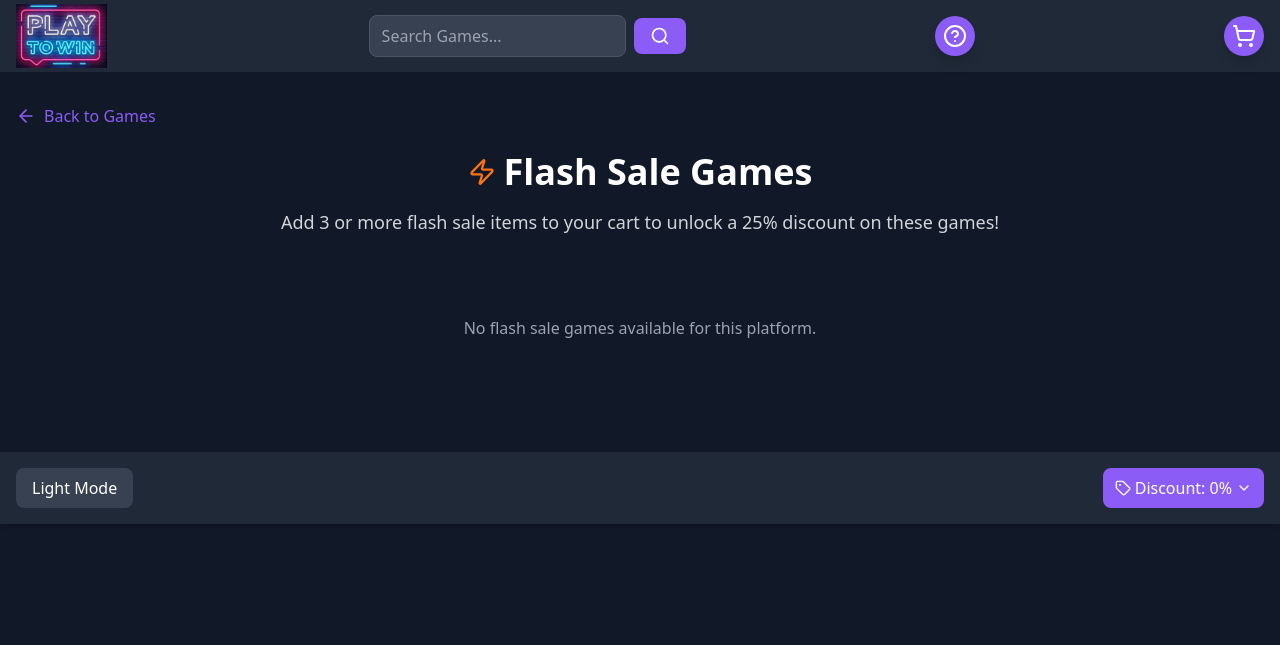
Repository: Play2Win777/P2W-Superbase
Page: /flash-sale
The author's editor kept a copy of each file at every save. The page is drawn from the files as they stood at one save, then again after the next save.
The browser window is 1280 px wide. The pictures show the whole page.
The page's requests for data from a server got no answer. The project was rebuilt for these pictures with package versions that can differ from the ones it lists, and the page was loaded fresh each time. No one was signed in, and anything a server would have sent is missing. Also part of the build but not shown: vite.config.ts, src/components/Filters.tsx, src/components/GameCard.tsx, src/components/FlashSaleBadge.tsx, src/pages/GameDetails.tsx, src/pages/Checkout.tsx, src/components/Toast.tsx.

Above is the page before, as saved 2025-03-17 22:39:45.

### index.html
<!doctype html>
<html lang="en">
  <head>
    <meta charset="UTF-8" />
    <link rel="icon" type="image/svg+xml" href="/vite.svg" />
    <meta name="viewport" content="width=device-width, initial-scale=1.0" />
    <title>P2W Games</title>
  </head>
  <body>
    <div id="root"></div>
    <script type="module" src="/src/main.tsx"></script>
  </body>
</html>

### src/main.tsx
import { StrictMode } from 'react';
import { createRoot } from 'react-dom/client';
import App from './App.tsx';
import './index.css';

// Add Storylane script dynamically
//const script = document.createElement('script');
//script.src = 'https://js.storylane.io/js/v2/storylane.js';
//script.async = true;
//document.head.appendChild(script);

createRoot(document.getElementById('root')!).render(
  <StrictMode>
    <App />
  </StrictMode>
);

### src/App.tsx
// App.tsx (Updated Tooltip Positioning)
import React, { useEffect, useState } from 'react';
import { BrowserRouter as Router, Routes, Route, useNavigate, useLocation } from 'react-router-dom';
import { Search, Zap, X, ShoppingCart, Filter, ArrowRight, Check, HelpCircle } from 'lucide-react'; // Added HelpCircle icon
import { fetchGames } from './api';
import { useStore } from './store';
import { Filters } from './components/Filters';
import { GameCard } from './components/GameCard';
import { Cart } from './components/Cart';
import { GameDetails } from './pages/GameDetails';
import { Checkout } from './pages/Checkout';
import { FlashSalePage } from './pages/FlashSalePage';
import { DiscountPopup } from './components/DiscountPopup';
import { ThemeContext } from './context/ThemeContext';
import { Toast } from './components/Toast';

// IntroModal Component
const IntroModal = ({ isOpen, onClose }) => {
  if (!isOpen) return null;

  return (
    <div className="fixed inset-0 bg-black/50 flex items-center justify-center p-4 z-50">
      <div className="bg-white dark:bg-gray-800 p-6 rounded-lg max-w-md shadow-lg">
        {/* Modal Header */}
        <div className="flex justify-between items-center mb-4">
          <h2 className="text-xl font-bold dark:text-white flex items-center gap-2">
            <Zap size={24} className="text-orange-500" />
            Welcome to P2W Games!
          </h2>
          <button
            onClick={onClose}
            className="text-gray-500 hover:text-gray-700 dark:hover:text-gray-300"
          >
            <X size={20} />
          </button>
        </div>

        {/* Modal Body */}
        <div className="text-gray-700 dark:text-gray-300 space-y-4">
          {/* Step 1: Browse Games */}
          <div className="flex items-start gap-3">
            <Search size={20} className="flex-shrink-0 mt-1 text-purple-500" />
            <div>
              <p className="font-semibold">1. Browse Games</p>
              <ul className="list-disc pl-5">
                <li>Click <strong>platform icons</strong> to filter by platform.</li>
                <li>Use the search "<Search size={16} className="inline" />" button at the top to apply filters like platform, genre, price, and more.</li>
              </ul>
            </div>
          </div>

          {/* Step 2: Add to Cart */}
          <div className="flex items-start gap-3">
            <ShoppingCart size={20} className="flex-shrink-0 mt-1 text-green-500" />
            <div>
              <p className="font-semibold">2. Add to Cart</p>
              <ul className="list-disc pl-5">
                <li>Click the <ShoppingCart size={16} className="inline" /> button to add games to your cart.</li>
                <li>Look for <Zap size={16} className="inline text-orange-500" /> Flash Sale badges for discounted games.</li>
              </ul>
            </div>
          </div>

          {/* Step 3: Checkout */}
          <div className="flex items-start gap-3">
            <Check size={20} className="flex-shrink-0 mt-1 text-blue-500" />
            <div>
              <p className="font-semibold">3. How to get your games :)</p>
              <ul className="list-disc pl-5">
                <li>Go to your cart at the top right <ShoppingCart size={16} className="inline" /> and review your items.</li>
                <li>Choose <strong>WhatsApp</strong> at checkout and you can pay in person in srd</li>
              </ul>
            </div>
          </div>

          {/* Call to Action */}
          <div className="mt-4 flex justify-center">
            <button
              onClick={onClose}
              className="bg-purple-500 text-white px-6 py-2 rounded-lg hover:bg-purple-600 transition-colors flex items-center gap-2"
            >
              <ArrowRight size={18} />
              Let's Get Started!
            </button>
          </div>
        </div>
      </div>
    </div>
  );
};

// SEARCH BAR COMPONENT
const SearchBar = () => {
  const {
    games,
    searchGames,
    setFilteredGames,
    setCurrentPage
  } = useStore();
  const [searchTerm, setSearchTerm] = useState('');
  const navigate = useNavigate();
  const location = useLocation();

  const handleSearch = (e) => {
    const term = e.target.value;
    setSearchTerm(term);

    if (searchGames) {
      searchGames(term);
    } else {
      if (!term.trim()) {
        setFilteredGames(games);
      } else {
        const results = games.filter(game =>
          game.Game_Title.toLowerCase().includes(term.toLowerCase())
        );
        setFilteredGames(results);
      }
    }

    // Reset to first page when searching
    setCurrentPage(1);

    // If user is not on the home page and they've typed at least 2 characters, navigate to home
    if (location.pathname !== '/' && term.length >= 2) {
      navigate('/');
    }
  };

  return (
    <input
      type="text"
      placeholder="Search Games..."
      value={searchTerm}
      onChange={handleSearch}
      className="w-full px-3 py-2 border rounded-lg text-gray-900 dark:bg-gray-700 dark:text-white dark:border-gray-600"
    />
  );
};

// FOOTER COMPONENT
const Footer = ({ toggleDarkMode, darkMode }) => {
  return (
    <footer className="bg-white dark:bg-gray-800 shadow-md mt-8 py-4 overflow-visible">
      <div className="container mx-auto px-4 flex items-center justify-between">
        {/* Dark Mode Toggle on the left */}
        <button
          onClick={toggleDarkMode}
          className="bg-gray-200 dark:bg-gray-700 text-gray-900 dark:text-white px-4 py-2 rounded-lg whitespace-nowrap"
        >
          {darkMode ? (
            <span>Light Mode</span>
          ) : (
            <span>Dark Mode</span>
          )}
        </button>

        {/* Add DiscountPopup button to the footer */}
        <div className="ml-4">
          <DiscountPopup />
        </div>
      </div>
    </footer>
  );
};

function App() {
  const {
    games,
    filteredGames,
    currentPage,
    setGames,
    setFilteredGames,
    setCurrentPage,
    showFilters,
    setShowFilters,
    filters,
    toastMessage, // Destructured from the store
    toastDiscountInfo, // Destructured from the store
  } = useStore();

  const [darkMode, setDarkMode] = useState(true);
  const [isScrolling, setIsScrolling] = useState(false); // Track if the user is scrolling
  const [showIntroModal, setShowIntroModal] = useState(false); // State to control modal visibility

  useEffect(() => {
    const loadGames = async () => {
      const fetchedGames = await fetchGames();
      const randomizedGames = [...fetchedGames].sort(() => Math.random() - 0.5);
      setGames(randomizedGames);
      setFilteredGames(randomizedGames);
    };

    loadGames();
  }, [setGames, setFilteredGames]);

  useEffect(() => {
    if (darkMode) {
      document.documentElement.classList.add('dark');
    } else {
      document.documentElement.classList.remove('dark');
    }
  }, [darkMode]);

  // Add scroll event listener to close filters when scrolling down
  useEffect(() => {
    const handleScroll = () => {
      if (showFilters && window.scrollY > 100 && isScrolling) { // Only close filters if user is actively scrolling
        setShowFilters(false);
      }
    };

    window.addEventListener('scroll', handleScroll);

    // Cleanup the event listener on component unmount
    return () => {
      window.removeEventListener('scroll', handleScroll);
    };
  }, [showFilters, isScrolling]);

  // Open filters when platform filter is set
  useEffect(() => {
    if (filters.platform) {
      setShowFilters(true); // Open filters when platform is set
    }
  }, [filters.platform]); // Watch for changes to filters.platform

  const toggleDarkMode = () => {
    setDarkMode((prev) => !prev);
  };

  const toggleFilters = () => {
    setShowFilters(!showFilters);

    // Scroll to the top of the page when filters are opened
    if (!showFilters) {
      setIsScrolling(false); // Disable auto-close temporarily
      window.scrollTo({ top: 0, behavior: 'smooth' });

      // Re-enable auto-close after a short delay
      setTimeout(() => {
        setIsScrolling(true);
      }, 1000); // Adjust the delay as needed
    }
  };

  const gamesPerPage = 12;
  const paginatedGames = filteredGames.slice(0, currentPage * gamesPerPage);
  const hasMore = paginatedGames.length < filteredGames.length;

  const themeValue = {
    darkMode,
    toggleDarkMode: () => setDarkMode(prev => !prev)
  };

  return (
    <ThemeContext.Provider value={themeValue}>
      <Router>
        <div className={`min-h-screen ${darkMode ? 'bg-gray-900' : 'bg-gray-50'}`}>
          {/* Add IntroModal here */}
          <IntroModal
            isOpen={showIntroModal}
            onClose={() => setShowIntroModal(false)}
          />

          {/* Add Toast here */}
          {toastMessage && (
            <Toast
              message={toastMessage}
              discountInfo={toastDiscountInfo || undefined}
            />
          )}

          <header className="bg-white dark:bg-gray-800 shadow-sm sticky top-0 z-50">
            <div className="container mx-auto px-4 py-1">
              <div className="flex justify-between items-center">
                <div className="flex items-center gap-2">
                  <h1
                    onClick={() => window.location.href = '/'}
                    className="text-2xl font-bold text-gray-900 dark:text-white whitespace-nowrap cursor-pointer flex items-center"
                  >
                    <img src="/assets/icons/p2wlogo.png" alt="Play 2 Win" className="h-16 mr-3" />
                  </h1>
                </div>

                {/* Split the search input and button */}
                <div className="flex items-center w-1/2 md:w-auto">
                  <div className="mr-2 flex-grow">
                    <SearchBar />
                  </div>
                  {/* Original filter toggle button */}
                  <button
                    onClick={toggleFilters}
                    className="bg-purple-500 hover:bg-purple-600 text-white font-bold py-2 px-4 rounded-lg flex items-center"
                  >
                    <Search className="h-5 w-5" />
                  </button>
                </div>

                {/* Add Help Button */}
                <button
                  onClick={() => {
                    localStorage.removeItem('hasSeenIntro');
                    setShowIntroModal(true);
                  }}
                  className="p-2 bg-purple-500 text-white rounded-full hover:bg-purple-600 transition-colors shadow-lg relative group"
                >
                  <HelpCircle size={24} />
                  {/* Tooltip */}
                  <div className="absolute top-full left-1/2 transform -translate-x-1/2 mt-2 px-2 py-1 bg-gray-800 text-white text-sm rounded opacity-0 group-hover:opacity-100 transition-opacity whitespace-nowrap z-50">
                    How it works
                  </div>
                </button>

                <Cart className="hidden md:block" />
              </div>
            </div>
          </header>

          <Routes>
            <Route
              path="/"
              element={
                <main className="container mx-auto px-4 py-4">
                  {showFilters && (
                    <div className="mb-6">
                      <Filters />
                    </div>
                  )}

                  <div className="grid grid-cols-1 sm:grid-cols-2 lg:grid-cols-2 xl:grid-cols-3 gap-6 mt-0">
                    {paginatedGames.map((game) => (
                      <GameCard key={game.id} game={game} />
                    ))}
                  </div>
                  {hasMore && (
                    <div className="mt-8 text-center">
                      <button
                        onClick={() => setCurrentPage(currentPage + 1)}
                        className="bg-purple-500 text-white px-6 py-2 rounded-lg hover:bg-purple-600 transition-colors"
                      >
                        Load More Games
                      </button>
                    </div>
                  )}
                </main>
              }
            />
            <Route path="/game/:id" element={<GameDetails />} />
            <Route path="/checkout" element={<Checkout />} />
            <Route path="/flash-sale" element={<FlashSalePage />} />
          </Routes>

          {/* Footer with Dark Mode Toggle and DiscountPopup */}
          <Footer toggleDarkMode={themeValue.toggleDarkMode} darkMode={darkMode} />
        </div>
      </Router>
    </ThemeContext.Provider>
  );
}

export default App;

### src/index.css
@tailwind base;
@tailwind components;
@tailwind utilities;


@layer components {
 /* Base neon border effect with a rotating conic-gradient */
 .neon-border {
 position: relative;
 border-radius: 0.5rem; /* adjust to match your element's rounding */
 overflow: hidden; /* hide overflowing pseudo-element */
 z-index: 0;
 }

 .neon-border::before {
 content: "";
 position: absolute;
 inset: 0; /* cover the entire element */
 border-radius: inherit;
 padding: 2px; /* controls the border thickness */
 /* Conic-gradient creates a neon green effect with transparent gaps */
 background: conic-gradient(from 0deg, #39FF14, transparent 20%, transparent 80%, #39FF14);
 /* Mask to show the gradient only on the border (uses the padding area) */
 -webkit-mask: linear-gradient(white, white) content-box, linear-gradient(white, white);
 -webkit-mask-composite: destination-out;
 mask-composite: exclude;
 pointer-events: none;
 z-index: -1;
 transform-origin: center;
 animation: spin 6s linear infinite;
 }

 /* Additional neon effects – add these classes together with .neon-border as needed */

 /* Neon Pulse: gently scales and fades the element */
 .neon-pulse {
 position: relative;
 animation: pulse 2s ease-in-out infinite;
 }

 /* Neon Flicker: simulates a quick flicker */
 .neon-flicker {
 position: relative;
 animation: flicker 1.5s linear infinite;
 }

 /* Neon Wiggle: adds a slight rotational movement */
 .neon-wiggle {
 position: relative;
 animation: wiggle 0.6s ease-in-out infinite;
 }

 /* Neon Dash: animates background movement (can be combined with a background property) */
 .neon-dash {
 position: relative;
 /* For this effect, you might want to set a background that works with the animation */
 background: repeating-linear-gradient(
 45deg,
 #39FF14,
 #39FF14 10px,
 transparent 10px,
 transparent 20px
 );
 animation: dash 4s linear infinite;
 }


 /* Icon Container Style */
 .gamecard-icon-container {
 width: 5em; /* Adjust as needed */
 height: 2em; /* Adjust as needed */
 display: flex;
 align-items: center;
 justify-content: center;
 }
}


/* Keyframes Definitions */


/* Spin keyframe for the neon-border effect */
@keyframes spin {
 from {
 transform: rotate(0deg);
 }
 to {
 transform: rotate(360deg);
 }
}


/* Pulse keyframe: subtle scale and opacity changes */
@keyframes pulse {
 0%,
 20% {
 transform: scale(1);
 opacity: 1;
 }
 50% {
 transform: scale(1.1);
 opacity: 0.8;
 }
 100% {
 transform: scale(1);
 opacity: 1;
 }
}


/* Flicker keyframe: creates random opacity changes for a flickering effect */
@keyframes flicker {
 0%,
 100% {
 opacity: 1;
 }
 30% {
 opacity: 0.5;
 }
 50% {
 opacity: 0.8;
 }
 70% {
 opacity: 0.3;
 }
}


/* Wiggle keyframe: rotates the element slightly back and forth */
@keyframes wiggle {
 0% {
 transform: rotate(0deg);
 }
 25% {
 transform: rotate(5deg);
 }
 75% {
 transform: rotate(-5deg);
 }
 100% {
 transform: rotate(0deg);
 }
}


/* Dash keyframe: moves the background for a dynamic dashed look */
@keyframes dash {
 0% {
 background-position: 0 0;
 }
 100% {
 background-position: 100% 0;
 }
}

### src/api.ts
import { createClient } from '@supabase/supabase-js';
import { Game } from './types';

const supabase = createClient(
  import.meta.env.VITE_SUPABASE_URL,
  import.meta.env.VITE_SUPABASE_KEY
);

export const fetchGames = async (): Promise<Game[]> => {
  const { data, error } = await supabase
    .from('Games')
    .select(`
      id,
      Game_Title,
      Platform,
      Genre,
      Sub_Genre,
      Age_Rating,
      Max_Offline_Players,
      Game_Modes,
      Developer,
      Release_Year,
      Price_to_Sell_For,
      Metacritic_Score,
      User_Score,
      Short_Description,
      Key_Features,
      Unique_Selling_Point,
      image_url_medium,
      Youtube_link
    `);

  if (error) {
    console.error('Supabase error:', error);
    return [];
  }

  return data as Game[];
};

### src/components/DiscountPopup.tsx
import React, { useState, useRef, useEffect } from 'react';
import { Tag, ChevronDown } from 'lucide-react';
import { useStore } from '../store';

export const DiscountPopup: React.FC = () => {
  const { cart } = useStore();
  const [isOpen, setIsOpen] = useState(false);
  const popupRef = useRef<HTMLDivElement>(null);

  // Count total items including quantities
  const itemCount = cart.reduce((total, item) => total + item.quantity, 0);
  let discountTier = "0%";
  let nextTier = "";
  let progress = 0;

  if (itemCount >= 5) {
    discountTier = "20%";
    progress = 100;
    nextTier = "Maximum discount achieved!";
  } else if (itemCount >= 3) {
    discountTier = "10%";
    nextTier = "Buy 2 more for 20% off!";
    progress = 60;
  } else if (itemCount >= 2) {
    discountTier = "5%";
    nextTier = "Buy 1 more for 10% off!";
    progress = 40;
  } else if (itemCount >= 1) {
    discountTier = "0%";
    nextTier = "Buy 1 more for 5% off!";
    progress = 20;
  } else {
    nextTier = "Buy your first game!";
  }

  // Close the popup when clicking outside
  useEffect(() => {
    const handleClickOutside = (event: MouseEvent) => {
      if (popupRef.current && !popupRef.current.contains(event.target as Node)) {
        setIsOpen(false);
      }
    };

    document.addEventListener('mousedown', handleClickOutside);
    return () => {
      document.removeEventListener('mousedown', handleClickOutside);
    };
  }, []);

  return (
    <div className="relative" ref={popupRef}>
      <button
        onClick={() => setIsOpen(!isOpen)}
        className="inline-flex items-center text-white bg-purple-500 hover:bg-purple-600 px-3 py-2 rounded-lg transition-colors"
      >
        <Tag size={16} className="mr-1" />
        <span className="mr-1">Discount: {discountTier}</span>
        <ChevronDown size={16} className={`transition-transform ${isOpen ? 'rotate-180' : ''}`} />
      </button>

      {isOpen && (
        <div className="absolute bottom-full right-0 mb-2 z-50 bg-white dark:bg-gray-800 rounded-lg shadow-lg p-4 w-64">
          <h3 className="text-lg font-bold text-gray-900 dark:text-white mb-2">Volume Discount</h3>
          <div className="w-full bg-gray-200 dark:bg-gray-700 rounded-full h-2.5 mb-2">
            <div className="bg-purple-500 h-2.5 rounded-full" style={{ width: `${progress}%` }}></div>
          </div>
          <p className="text-sm text-gray-700 dark:text-gray-300">{nextTier}</p>
          <div className="mt-3 text-xs text-gray-600 dark:text-gray-400">
            <p>• 2 games: 5% off</p>
            <p>• 3 games: 10% off</p>
            <p>• 5+ games: 20% off</p>
          </div>
        </div>
      )}
    </div>
  );
};

### src/context/ThemeContext.tsx

 // src/context/ThemeContext.tsx
 import { createContext, useContext } from 'react';


 type ThemeContextType = {
  darkMode: boolean;
  toggleDarkMode: () => void;
 };


 export const ThemeContext = createContext<ThemeContextType>({
  darkMode: false,
  toggleDarkMode: () => {},
 });


 export const useTheme = () => useContext(ThemeContext);

### src/utils/gameHelpers.ts
// utils/gameHelpers.ts
export const isFlashSaleEligible = (game: any): boolean => {
  if (!game) return false;

  // Games with Metacritic score > 85 are eligible for flash sale
  // You can customize this logic based on your requirements
  return game.Metacritic_Score && parseInt(game.Metacritic_Score) < 70;
};

Loaded but not shown: tailwind.config.js (25 lines, source omitted); src/components/Cart.tsx (247 lines, source omitted); src/store.ts (234 lines, source omitted); src/pages/FlashSalePage.tsx (138 lines, source omitted)

After the next save:
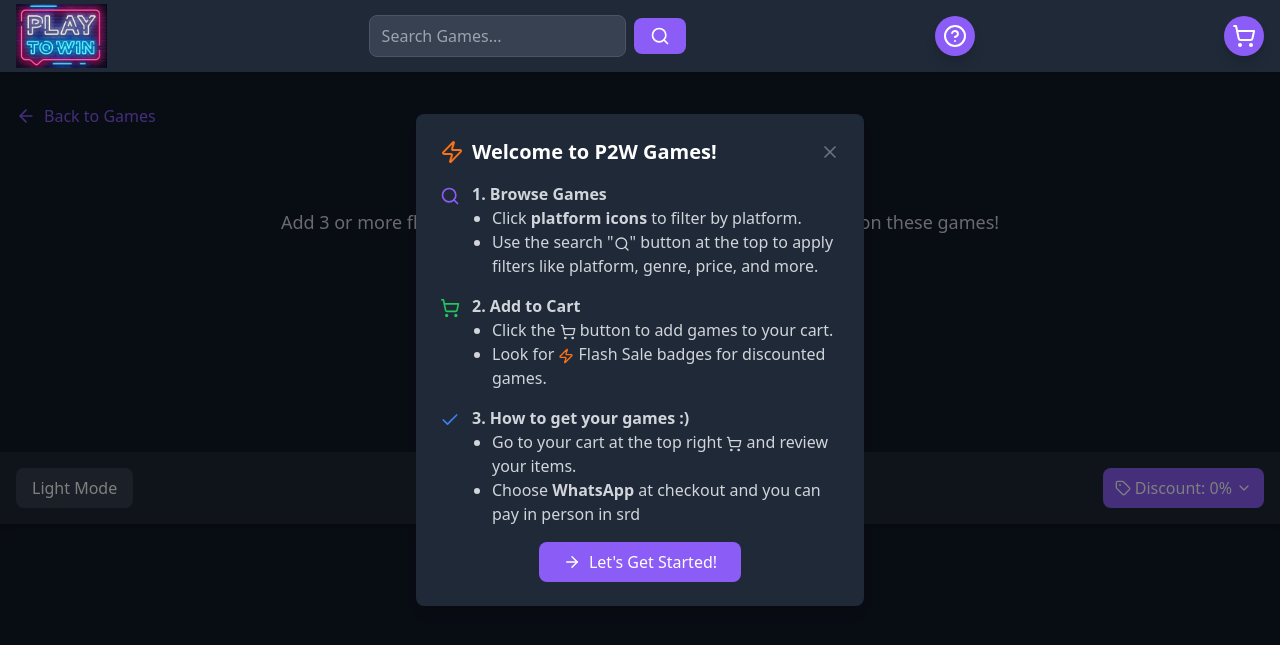
Saved 27 min 44 s later.
--- a/src/App.tsx
+++ b/src/App.tsx
@@ -218,6 +218,16 @@ function App() {
     };
   }, [showFilters, isScrolling]);
 
+  useEffect(() => {
+    // Check if user has seen intro before
+    const hasSeenIntro = localStorage.getItem('hasSeenIntro');
+
+    // Only show modal if they haven't seen it
+    if (!hasSeenIntro) {
+      setShowIntroModal(true);
+      localStorage.setItem('hasSeenIntro', 'true'); // Mark as seen
+    }
+  }, []); // Empty dependency array = runs once on mount
   // Open filters when platform filter is set
   useEffect(() => {
     if (filters.platform) {
